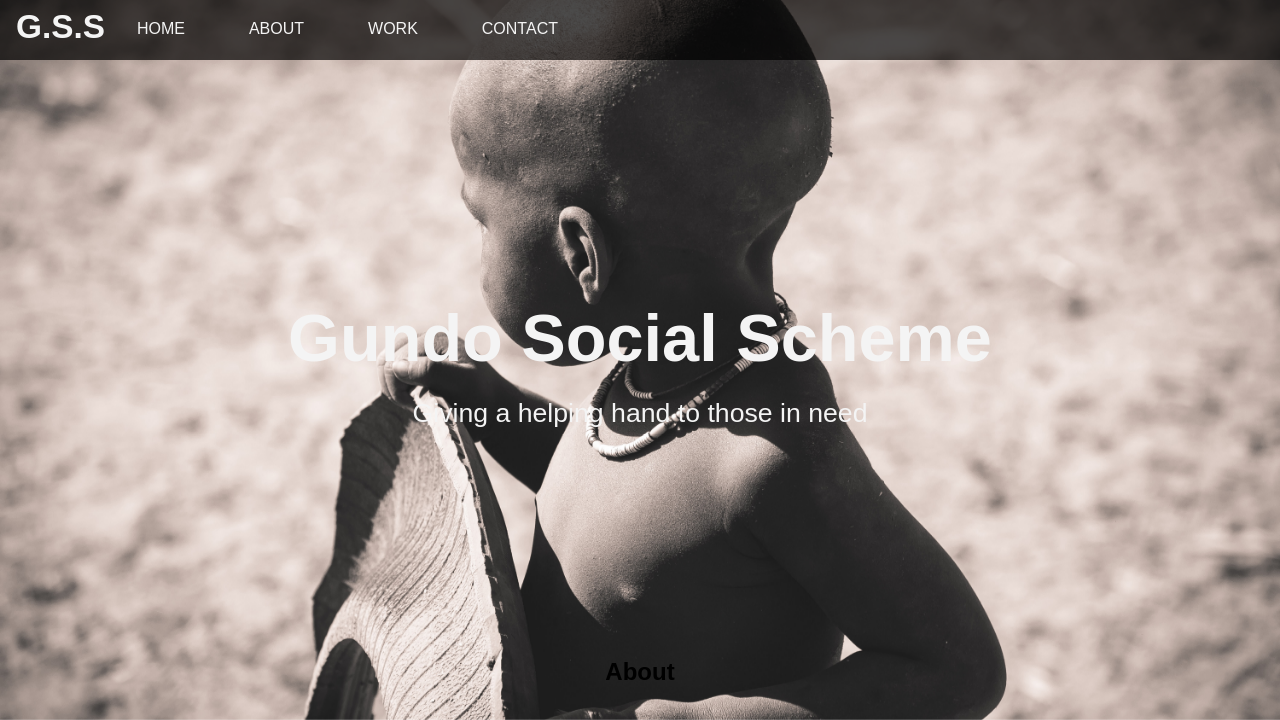
Repository: blessingNtoko/gss-basic_website
Page: index.html
An editor plug-in stored every save of this project. The page is shown before and after the next save, followed by the edit.
The browser window is 1280 px wide. The pictures show the whole page.
An inner scrolling area shows only its first screen.

Above is the page before, as saved 2020-05-13 18:02:26.

After the next save:
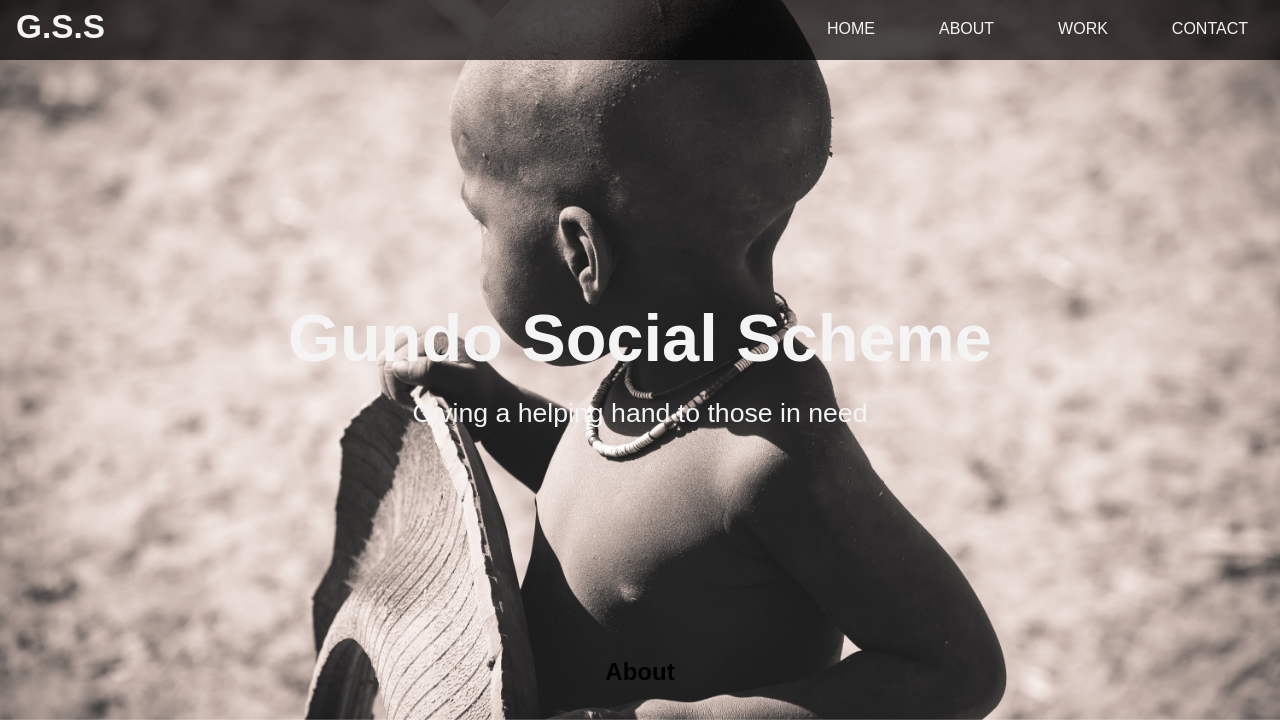
Saved 8 s later.
--- a/style.css
+++ b/style.css
@@ -49,7 +49,7 @@
     display: flex;
     list-style: none;
     width: 100%;
-    /* justify-content: center; */
+    justify-content: right;
 }
 
 .navbar ul li {

After the save that followed:
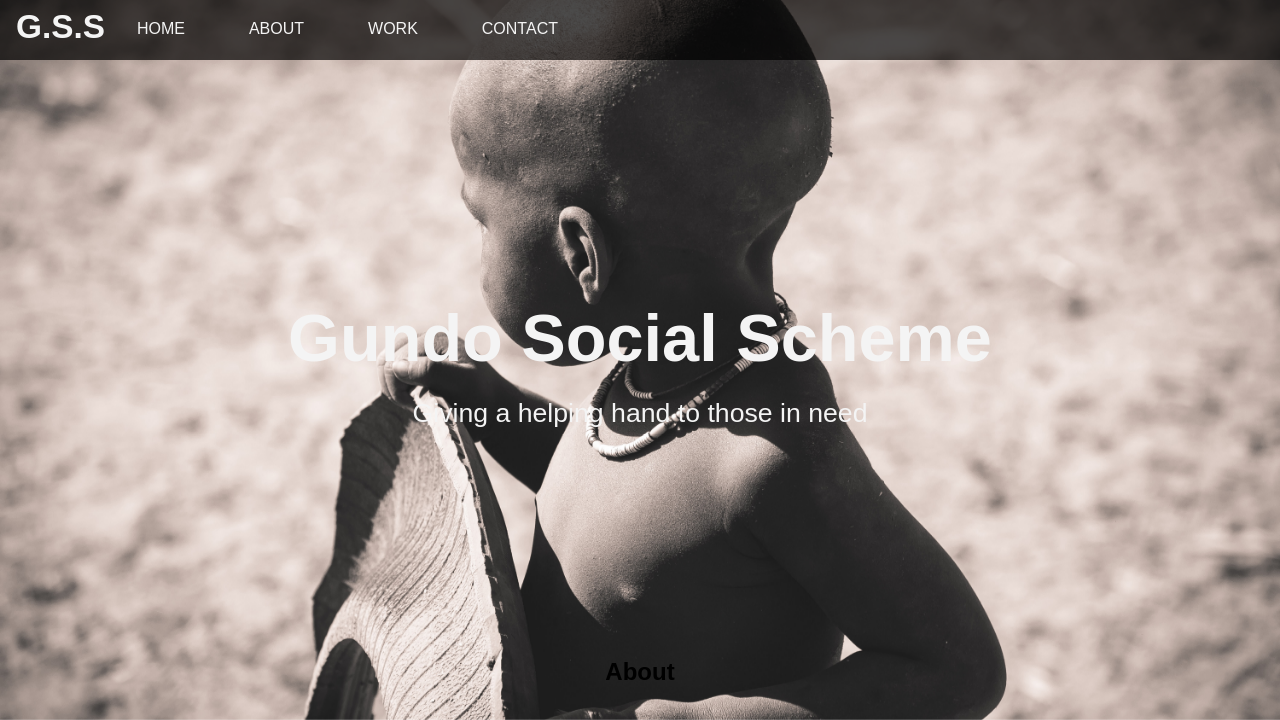
Saved 8 s later.
--- a/style.css
+++ b/style.css
@@ -49,7 +49,7 @@
     display: flex;
     list-style: none;
     width: 100%;
-    justify-content: right;
+    justify-content: left;
 }
 
 .navbar ul li {
